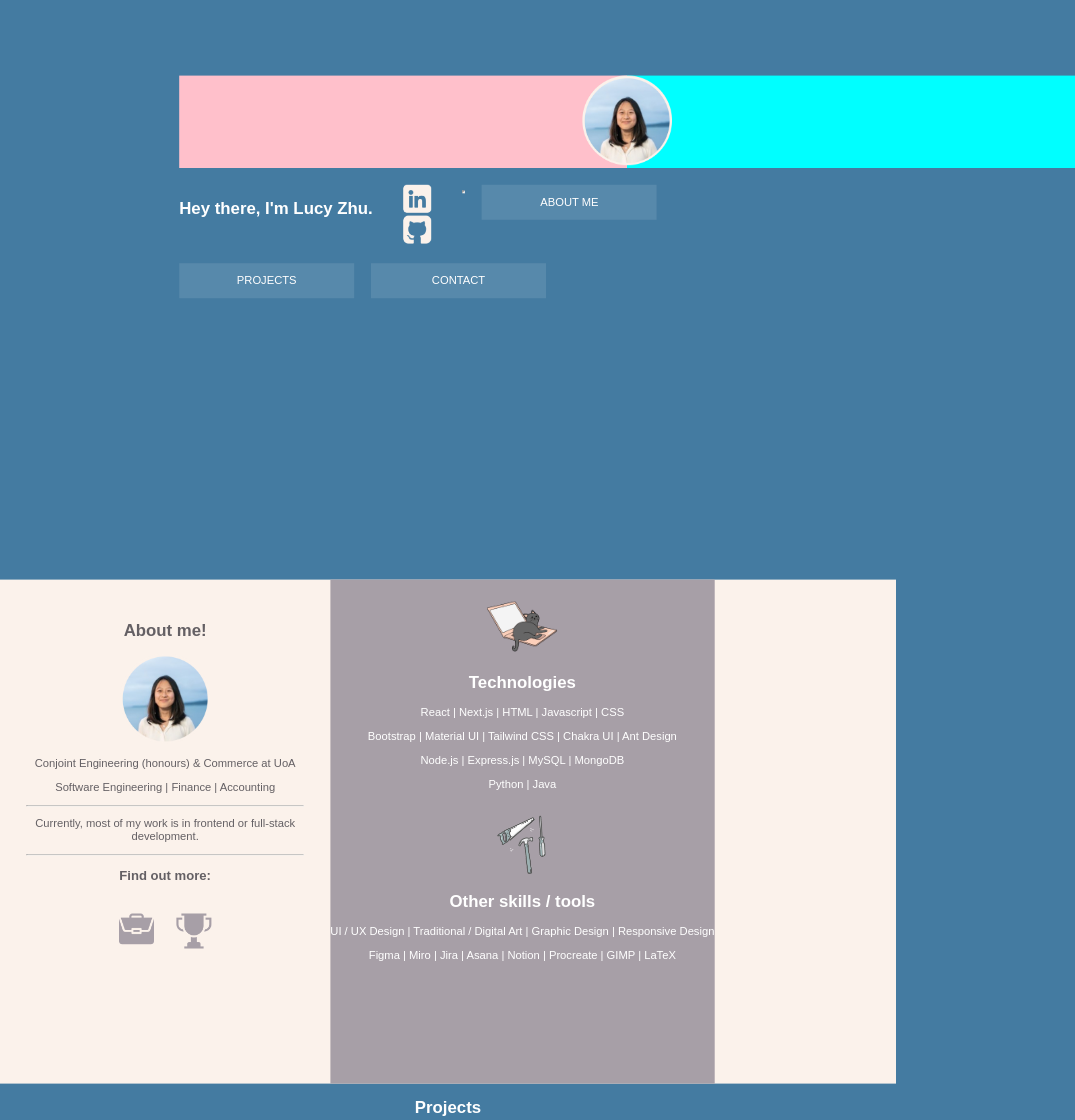
Repository: lukisoo/lukisoo-portfolio
Page: /
An editor plug-in stored every save of this project. The page is shown before and after the next save, followed by the edit.
The browser window is 1280 px wide. The page is 1536 px wide, so the pictures cover 1536 px, including what lies to the right of the window. The pictures show the part of the page from y = 0 to 1600 px (the page is 3028 px tall), at 70% of full size.
The project was rebuilt for these pictures with package versions that can differ from the ones it lists, and the page was loaded fresh each time.

Above is the page before, as saved 2022-07-31 08:12:20.

### public/index.html
<!DOCTYPE html>
<html lang="en">
  <head>
    <meta charset="utf-8" />
    <link rel="icon" href="%PUBLIC_URL%/favicon.ico" />
    <meta name="viewport" content="width=device-width, initial-scale=1" />
    <meta name="theme-color" content="#000000" />
    <meta
      name="description"
      content="Web site created using create-react-app"
    />
    <link rel="apple-touch-icon" href="%PUBLIC_URL%/logo192.png" />
    <!--
      manifest.json provides metadata used when your web app is installed on a
      user's mobile device or desktop. See https://developers.google.com/web/fundamentals/web-app-manifest/
    -->
    <link rel="manifest" href="%PUBLIC_URL%/manifest.json" />
    <!--
      Notice the use of %PUBLIC_URL% in the tags above.
      It will be replaced with the URL of the `public` folder during the build.
      Only files inside the `public` folder can be referenced from the HTML.

      Unlike "/favicon.ico" or "favicon.ico", "%PUBLIC_URL%/favicon.ico" will
      work correctly both with client-side routing and a non-root public URL.
      Learn how to configure a non-root public URL by running `npm run build`.
    -->
    <title>Lucy Zhu's Portfolio</title>
  </head>
  <body>
    <noscript>You need to enable JavaScript to run this app.</noscript>
    <div id="root"></div>
    <!--
      This HTML file is a template.
      If you open it directly in the browser, you will see an empty page.

      You can add webfonts, meta tags, or analytics to this file.
      The build step will place the bundled scripts into the <body> tag.

      To begin the development, run `npm start` or `yarn start`.
      To create a production bundle, use `npm run build` or `yarn build`.
    -->
  </body>
</html>

### src/index.js
import React from "react";
import {
  BrowserRouter as Router,
  Route,
  BrowserRouter,
} from "react-router-dom";
import ReactDOM from "react-dom/client";
import "./index.css";
import App from "./App";
import reportWebVitals from "./reportWebVitals";

const root = ReactDOM.createRoot(document.getElementById("root"));
root.render(
  <React.StrictMode>
    <BrowserRouter>
        <App />
    </BrowserRouter>
  </React.StrictMode>
);

// If you want to start measuring performance in your app, pass a function
// to log results (for example: reportWebVitals(console.log))
// or send to an analytics endpoint. Learn more: https://bit.ly/CRA-vitals
reportWebVitals();

### src/index.css
@import url('https://fonts.googleapis.com/css2?family=Source+Sans+Pro:ital,wght@0,200;0,300;0,400;0,600;0,700;0,900;1,200;1,300;1,400;1,600;1,700;1,900&display=swap');

body {
  margin: 0;
  /* font-family: -apple-system, BlinkMacSystemFont, 'Segoe UI', 'Roboto', 'Oxygen',
    'Ubuntu', 'Cantarell', 'Fira Sans', 'Droid Sans', 'Helvetica Neue',
    sans-serif; */
    font-family: arial;
  -webkit-font-smoothing: antialiased;
  -moz-osx-font-smoothing: grayscale;
  background-color: #447BA1;
  color: white;
  /* font-family: 'Source Sans Pro', sans-serif; */
  overflow-x: hidden;
}

code {
  font-family: source-code-pro, Menlo, Monaco, Consolas, 'Courier New',
    monospace;
}

a {
  text-decoration: none;
}

### src/App.js
import "./App.css";

import { Link } from "react-router-dom";
import { Tooltip, Grid } from "@mui/material";

import ProfilePhoto from "./images/header/profile-photo.png";
import LinkedinLogo from "./images/header/linkedin-logo.png";
import GithubLogo from "./images/header/github-logo.png";
import ExperienceLogo from "./images/about-me/experience.png";
import AchievementsLogo from "./images/about-me/achievements.png";

import Laptop from "./images/about-me/laptop.gif";
import Tools from "./images/about-me/tools.gif";

function App() {
  return (
    <div className="App">
      <header className="full-section">
        <div className="header-content">
          <Grid container spacing={3}>
            <Grid item xs={12} md={12}>
            <div className="header-image">
                            <img
                src={ProfilePhoto}
                className="profile-photo"
                alt="Profile Photo"
              />
            </div>

            </Grid>
            <Grid item xs={12} md={12}>
              <h2>Hey there, I'm Lucy Zhu.</h2>
            </Grid>
            <Grid item xs={12} md={12}>
              <Tooltip title="LinkedIn">
                <a href="https://www.linkedin.com/in/lucyzhu613/">
                  <img
                    src={LinkedinLogo}
                    className="social-logo"
                    alt="Linkedin Logo"
                  />
                </a>
              </Tooltip>
              <Tooltip title="Github">
                <a href="https://github.com/lukisoo">
                  <img
                    src={GithubLogo}
                    className="social-logo"
                    alt="Github Logo"
                  />
                </a>
              </Tooltip>
            </Grid>
            <Grid item xs={12} md={12}>
              <hr className="header-divider" />
            </Grid>
            <Grid item xs={12} md={4}>
              <a href="#about-me-section">
                <div className="box-1">
                  <div className="btn btn-one">
                    <span>ABOUT ME</span>
                  </div>
                </div>
              </a>
            </Grid>
            <Grid item xs={12} md={4}>
              <a href="#projects-section">
                <div className="box-1">
                  <div className="btn btn-one">
                    <span>PROJECTS</span>
                  </div>
                </div>
              </a>
            </Grid>
            <Grid item xs={12} md={4}>
              <a href="#contact-section">
                <div className="box-1">
                  <div className="btn btn-one">
                    <span>CONTACT</span>
                  </div>
                </div>
              </a>
            </Grid>
          </Grid>
        </div>
      </header>

      <section id="about-me-section" className="full-section">
        <div className="about-me-content">
          <Grid container spacing={0}>
            <Grid item xs={12} md={4}>
              <div className="about-me-left">
                <div className="details-content">
                  <h1>About me!</h1>
                  <img
                    src={ProfilePhoto}
                    className="profile-photo"
                    alt="Profile Photo"
                  />
                  <p>Conjoint Engineering (honours) & Commerce at UoA</p>
                  <p>Software Engineering | Finance | Accounting</p>
                  <hr />
                  <p>
                    Currently, most of my work is in frontend or full-stack
                    development.
                  </p>
                  <hr />
                  <h3>Find out more:</h3>
                  <div className="about-me-logo-section">
                    <Tooltip title="Experience">
                      <img
                        src={ExperienceLogo}
                        className="about-me-logo"
                        alt="Experience Logo"
                      />
                    </Tooltip>
                    <Tooltip title="Achievements">
                      <img
                        src={AchievementsLogo}
                        className="about-me-logo"
                        alt="Achievements Logo"
                      />
                    </Tooltip>
                  </div>
                </div>
              </div>
            </Grid>
            <Grid item xs={12} md={8}>
              <div className="about-me-right">
                <div className="skills-content">
                  <img src={Laptop} className="laptop-gif" alt="Laptop" />
                  <h2>Technologies</h2>
                  <p>React | Next.js | HTML | Javascript | CSS</p>
                  <p>
                    Bootstrap | Material UI | Tailwind CSS | Chakra UI | Ant
                    Design
                  </p>
                  <p>Node.js | Express.js | MySQL | MongoDB</p>
                  <p>Python | Java</p>
                  <br />
                  <img src={Tools} className="tools-gif" alt="Tools" />
                  <h2>Other skills / tools</h2>
                  <p>
                    UI / UX Design | Traditional / Digital Art | Graphic Design
                    | Responsive Design
                  </p>
                  <p>
                    Figma | Miro | Jira | Asana | Notion | Procreate | GIMP |
                    LaTeX
                  </p>
                </div>
              </div>
            </Grid>
          </Grid>
        </div>
      </section>

      <section id="projects-section" className="full-section">
        <div>
          <h1>Projects</h1>
          <Grid container spacing={2}>
            <Grid item xs={6} md={8}></Grid>
            <Grid item xs={6} md={4}></Grid>
            <Grid item xs={6} md={4}></Grid>
            <Grid item xs={6} md={8}></Grid>
          </Grid>
        </div>
      </section>

      <section id="contact-section" className="full-section">
        <div>
          <h1>Contact me!</h1>
          <Grid container spacing={2}>
            <Grid item xs={6} md={8}></Grid>
            <Grid item xs={6} md={4}></Grid>
            <Grid item xs={6} md={4}></Grid>
            <Grid item xs={6} md={8}></Grid>
          </Grid>
        </div>
      </section>
    </div>
  );
}

export default App;

### src/App.css
.App {
  text-align: center;
  margin: 0;
}

/* Section Content */
.full-section {
  height: 100vh;
  width: 100vw;
}

/* Buttons */
.box-1 {
  /* background-color: hsl(0, 100%, 70%);  */
  width: 250px;
  margin: auto;
}

.btn {
	line-height: 50px;
	height: 50px;
	text-align: center;
	width: 250px;
	cursor: pointer;
}

.btn-one {
	color: #FFF;
	transition: all 0.3s;
	position: relative;
}
.btn-one span {
	transition: all 0.3s;
}
.btn-one::before {
	content: '';
	position: absolute;
	bottom: 0;
	left: 0;
	width: 100%;
	height: 100%;
	z-index: 1;
	opacity: 0;
	transition: all 0.3s;
	border-top-width: 1px;
	border-bottom-width: 1px;
	border-top-style: solid;
	border-bottom-style: solid;
	border-top-color: rgba(255,255,255,0.5);
	border-bottom-color: rgba(255,255,255,0.5);
	transform: scale(0.1, 1);
}
.btn-one:hover span {
	letter-spacing: 2px;
}
.btn-one:hover::before {
	opacity: 1;
	transform: scale(1, 1);
}
.btn-one::after {
	content: '';
	position: absolute;
	bottom: 0;
	left: 0;
	width: 100%;
	height: 100%;
	z-index: 1;
	transition: all 0.3s;
	background-color: rgba(255,255,255,0.1);
}
.btn-one:hover::after {
	opacity: 0;
	transform: scale(0.1, 1);
}

/* Header CSS */
.header-content {
  width: 60vw;
  height: 70vh;
  margin: 0 auto 0 auto;
  margin-top: 15vh;
  /* background-color: red; */
}

.header-divider {
  color: white;
  border-width: 2px;
}

.header-image {
  background: linear-gradient(90deg, #FFC0CB 50%, #00FFFF 50%);
  width: 100vw;
  height: auto;
}

.profile-photo {
  width: 10vw;
  height: auto;
}

.social-logo {
  width: 40px;
  height: auto;
  padding: 0 1% 0 1%;
}

.social-logo:hover {
  opacity: 0.8;
  cursor: pointer;
}

/* About Me CSS */
#about-me-section {
  background-color: #FBF2EB;
}

.about-me-content {
  height: 100vh;
  width: 100vw;
}

.about-me-logo-section {
  /* height: 100px; */
}

.about-me-logo {
  width: 50px;
  margin: 5% 3% 0 3%;
  padding: 1%;
}

.about-me-logo:hover {
  border-radius: 15px;
  /* border: 1px solid #A79FA7; */
  opacity: 0.8;
  cursor: pointer;
}

.about-me-left {

}

.details-content {
  padding: 8% 8% 8% 8%;
  color: #646064;
}

.about-me-right {
  background-color: #A79FA7;
  height: 100vh;

}

.skills-content {
  padding: 5% 0 5% 0;
}

.laptop-gif {
  width: 8vw;
}

.tools-gif {
  width: 6vw;
}

/* Projects CSS */

/* Contact CSS */

#contact-section {
  background-color: #FBF2EB;
}

Loaded but not shown: src/reportWebVitals.js (common file)

After the next save:
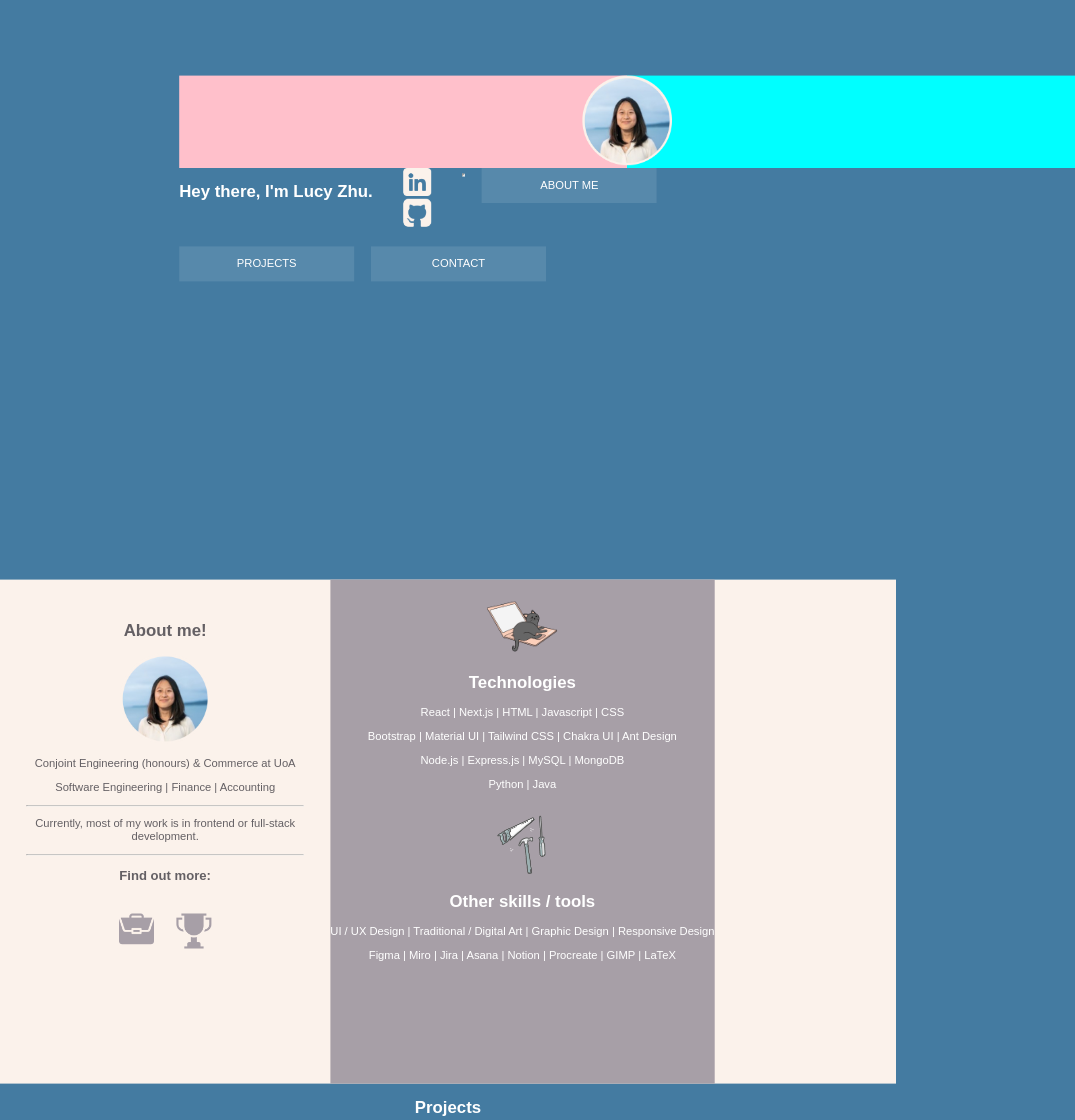
Saved 13 s later.
--- a/src/App.js
+++ b/src/App.js
@@ -17,17 +17,14 @@ function App() {
     <div className="App">
       <header className="full-section">
         <div className="header-content">
-          <Grid container spacing={3}>
-            <Grid item xs={12} md={12}>
-            <div className="header-image">
+        <div className="header-image">
                             <img
                 src={ProfilePhoto}
                 className="profile-photo"
                 alt="Profile Photo"
               />
             </div>
-
-            </Grid>
+          <Grid container spacing={3}>
             <Grid item xs={12} md={12}>
               <h2>Hey there, I'm Lucy Zhu.</h2>
             </Grid>
